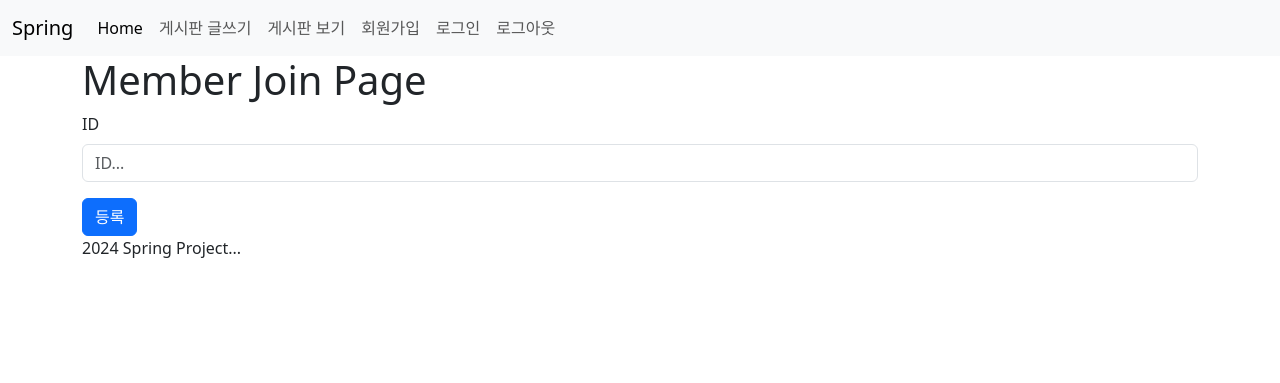
Repository: dhalfks/springTest240430
Page: http://localhost/spring_study/WEB-INF/views/member/register.jsp
The author's editor kept a copy of each file at every save. The page is drawn from the files as they stood at one save, then again after the next save.
The browser window is 1280 px wide. The pictures show the whole page.
The page is served by Tomcat 9. Nobody is signed in. The template is opened directly, without the code that normally fills it, so the values that code supplies are empty.

Above is the page before, as saved 2024-04-25 05:50:11.

After the next save:
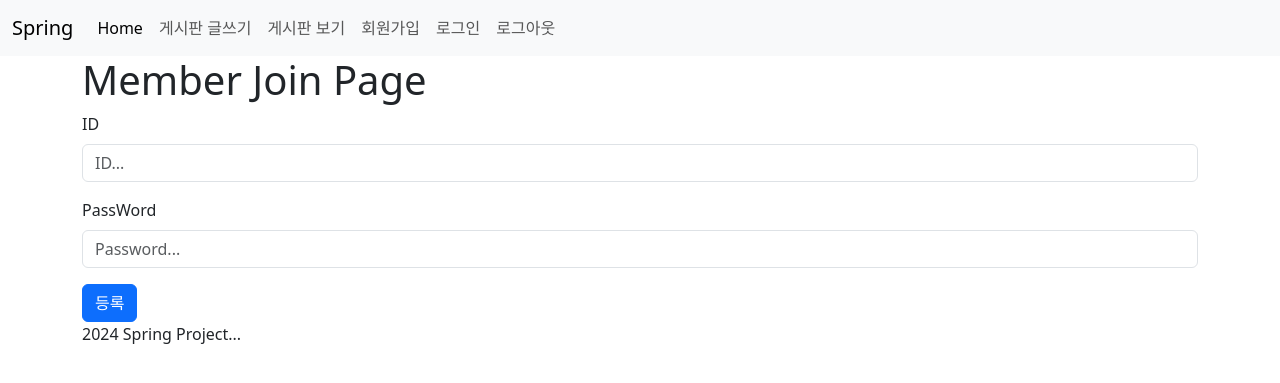
Saved 42 s later.
--- a/spring_study/src/main/webapp/WEB-INF/views/member/register.jsp
+++ b/spring_study/src/main/webapp/WEB-INF/views/member/register.jsp
@@ -9,6 +9,10 @@
 	  <label for="i" class="form-label">ID</label>
 	  <input type="text" class="form-control" name="id" id="i" placeholder="ID...">
 	</div>
+	<div class="mb-3">
+	  <label for="p" class="form-label">PassWord</label>
+	  <input type="text" class="form-control" name="pw" id="p" placeholder="Password...">
+	</div>
 
 	<button type="submit" class="btn btn-primary">등록</button>
 </form>
